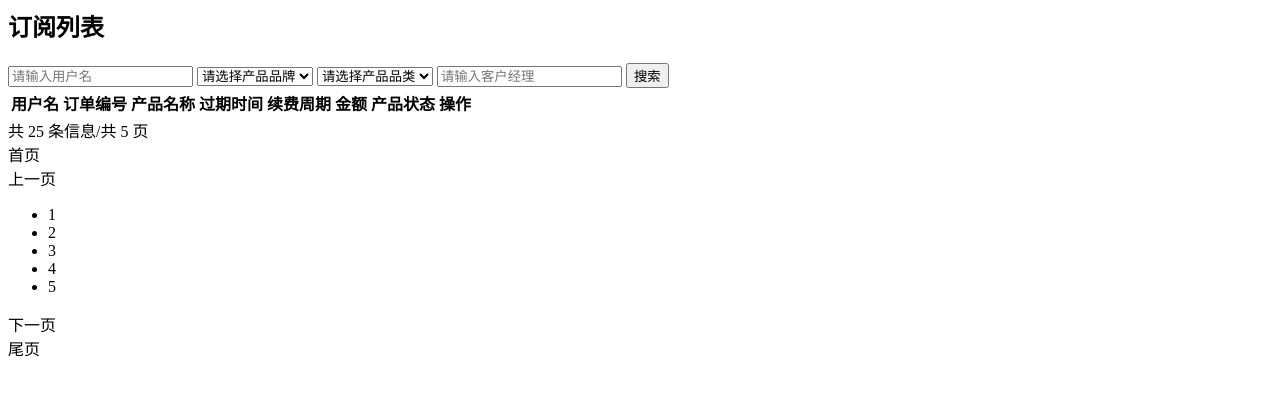
Repository: wangyan466393/racentSystem
Page: subscriptionManagement.html
The author's editor kept a copy of each file at every save. The page is drawn from the files as they stood at one save, then again after the next save.
The browser window is 1280 px wide. The pictures show the whole page.

Above is the page before, as saved 2020-08-13 17:11:33.

### subscriptionManagement.html
<div id="content_box">
    <h2>订阅列表</h2>
<div id="content">
    <div id="order_all"  class="order_content">
        <div class="order_search">
            <span>
                <input type="text" placeholder="请输入用户名">
            </span>
            <span>
                <select name="" id="">
                    <option value="">请选择产品品牌</option>
                </select>
            </span>
            <span>
                <select name="" id="">
                    <option value="">请选择产品品类</option>
                </select>
            </span>
            <span>
                <input type="text" placeholder="请输入客户经理">
            </span>
            <span>
                <button type="button">搜索</button>
            </span>
        </div>
        <div class="table_box">
            <table id="subscription_dataLists" >
                <thead>
                    <tr>
                        <th>用户名</th>
                        <th>订单编号</th>
                        <th>产品名称</th>
                        <th>过期时间</th>
                        <th>续费周期</th>
                        <th>金额</th>
                        <th>产品状态</th>
                        <th>操作</th>
                    </tr>
                </thead>
                <tbody>

                </tbody>
            </table>
        </div>
        <div class="page">

        </div>
    </div>
</div>
</div>
<script src="js/jquery-1.11.3.js"></script>
<script src="js/page.js"></script>
<script>

    // 分页
    $.pageInit({
        container: '.page', //容器：默认page
        countPage: 5, //一共有多少页
        showPageCount: 5, //显示多少个分页按钮
        nowPage: 1, //当前是第几页
        count: 25, //数据总数
        callBack: function (data) {
            //当前的页码
            console.log("当前的页码为：" + data)
        }
    });

    //获取订阅管理-所有订单
    var jsonSub = [
        { "name": "ljp", "order_num": "20200803xcnjj63cm", "product_name": "Sectigo EV代码签名", "past_date": new Date(), "renewal_cycle": "1年", "order_price": "1229.60" ,"product_status":"申请中"},   //json[0]
        { "name": "ljp1", "order_num": "20200803xcnjj63cm", "product_name": "Sectigo EV代码签名", "past_date": new Date(), "renewal_cycle": "1年", "order_price": "1229.60" ,"product_status":"申请中"},
        { "name": "ljp2", "order_num": "20200803xcnjj63cm", "product_name": "Sectigo EV代码签名", "past_date": new Date(), "renewal_cycle": "1年",  "order_price": "1229.60" ,"product_status":"申请中"},
        { "name": "ljp3", "order_num": "20200803xcnjj63cm", "product_name": "Sectigo EV代码签名", "past_date": new Date(), "renewal_cycle": "1年", "order_price": "1229.60","product_status":"申请中" },
        { "name": "ljp4", "order_num": "20200803xcnjj63cm", "product_name": "Sectigo EV代码签名", "past_date": new Date(), "renewal_cycle": "1年", "order_price": "1229.60" ,"product_status":"申请中"},
    ];
    getSubscriptionData()
    function getSubscriptionData() {
        var tableInfo = ""
        for (var i = 0; i < jsonSub.length; i++) {    //遍历Table的所有Row
            tableInfo += "<tr>"
                //遍历Row中的每一列
                //获取Table中单元格的内容
                + " <td>" + jsonSub[i].name + "</td> "
                + "<td>" + jsonSub[i].order_num + "</td>"
                + "<td>" + jsonSub[i].product_name + "</td>"
                + "<td>2020-08-03 18:35:00</td>"
                + "<td>" + jsonSub[i].renewal_cycle + "</td>"
                + "<td>" + jsonSub[i].order_price + "</td>"
                + "<td>" + jsonSub[i].product_status + "</td>"
                + "<td><a href='#'>查看明细</a></td>  ";

            tableInfo += "</tr>";
        }
        $(".right_content #subscription_dataLists tbody").html(tableInfo)
    }
</script>

### js/page.js
function Page(settings) {
   this.settings = settings;
   this.init();
}
//默认配置
Page.prototype = {
    init: function() {
    this.create();
},
create: function() {
   var _template = `<div class="pages">
    <div class="page_left">
        共 <span class="all_data">${this.settings.count}</span> 条信息/共 <span class="all_pages">${this.settings.countPage}</span> 页
        </div>
         <div class="page_cont">
            <div class="hometrailer page_home">首页</div>
            <div class="updown page_up">上一页</div>
            <div class="page_view">
                <ul class="page_view_ul">
                </ul>
            </div>
            <div class="updown page_down">下一页</div>
            <div class=" hometrailer page_trailer">尾页</div>
        </div>

    </div>`;
    /*<div class="page_footer">
            <input type="text" class="page_input" />
            <span>页</span>
            <span class="page_btn">跳转</span>
        </div>*/
    $(this.settings.container).append(_template);
    this.refreshDom(this.settings);
    this.bindEvent();
    },
bindEvent: function() {
    var _this = this;
        //跳转首页
    $(this.settings.container).on("click", ".page_home", function() {
        var newpages = 1;
        _this.settings.nowPage = newpages;
        _this.settings.callBack(_this.settings.nowPage)
        _this.refreshDom(this.settings);
    });
    //跳转上一页
    $(this.settings.container).on("click", ".page_up", function() {
        var newpages = _this.settings.nowPage;
        newpages--;
        if(newpages < 1) {
            newpages = 1
            _this.settings.nowPage = newpages
        } else {
            _this.settings.nowPage = newpages
        }
    _this.settings.callBack(_this.settings.nowPage)
        _this.refreshDom(this.settings);
    });
    //跳转下一页
    $(this.settings.container).on("click", ".page_down", function() {
        var newpages = _this.settings.nowPage;
        newpages++;
        if(newpages > _this.settings.countPage) {
            newpages = _this.settings.countPage
            _this.settings.nowPage = newpages
        } else {
            _this.settings.nowPage = newpages
        }
        _this.settings.callBack(_this.settings.nowPage)
        _this.refreshDom(this.settings);
    });
    //跳转末页
    $(this.settings.container).on("click", ".page_trailer", function() {
        var newpages = _this.settings.countPage;
        _this.settings.nowPage = newpages;
        _this.settings.callBack(_this.settings.nowPage)
        _this.refreshDom(this.settings);
    });
    //Go跳转
    $(this.settings.container).on("click", ".page_btn", function() {
        var inputText = $(".page_input").val() - 0;
        if(inputText < 1 || inputText > _this.settings.countPage) {
            alert("输入的页面不正确，请重新输入")
        } else {
            _this.settings.nowPage = inputText;
            _this.settings.callBack(_this.settings.nowPage)
            _this.refreshDom(this.settings);
            //                establish(objpage);
            //外部的ajax
        }
        });
    },
    refreshDom: function() {
        var _this = this;
        $(".li").remove();
        var countPage = Math.ceil(this.settings.countPage);
        var showPageCount = Math.ceil(this.settings.showPageCount);
        var nowPage = this.settings.nowPage - 0;
        var count = this.settings.count;
        var bian = Math.ceil((showPageCount - 1) / 2) ;
        $(".all_data").html(count);
        $(".all_pages").html(countPage);
        var html = "";
        if(nowPage - bian <= 0) {
            for(var i = 1; i < showPageCount + 1; i++) {
                var index = i;
                if(nowPage == index) {
                pageHtml = `    <li index="${i}" class="li pageActive">${i}</li>`;
                } else {
                pageHtml = `    <li  index="${i}" class="li">${i}</li>`;
                }
            html += pageHtml;
            }
        } else if(nowPage - bian > 0 && nowPage + bian < countPage) {
            var num = nowPage - bian;
            for(var i = num; i < (num + showPageCount); i++) {
                var index = i;
                if(nowPage == index) {
                    pageHtml = `    <li index="${i}" class="li pageActive">${i}</li>`;
                } else {
                    pageHtml = `    <li  index="${i}" class="li">${i}</li>`;
                }
            html += pageHtml;
            }

        } else if(nowPage + bian >= countPage) {
            var numAll = countPage - showPageCount + 1;
            for(var i = numAll; i < (numAll + showPageCount); i++) {
                var index = i;
                if(nowPage == index) {
                    pageHtml = `    <li index="${i}" class="li pageActive">${i}</li>`;
                } else {
                    pageHtml = `    <li  index="${i}" class="li">${i}</li>`;
                }
            html += pageHtml;
        }
    }

    $(".page_view_ul").append(html)

    $(".li").click(function() {
        _this.settings.nowPage = $(this).attr("index")-0;
        console.log(_this.settings.nowPage);
            _this.settings.callBack(_this.settings.nowPage)
        _this.refreshDom(this.settings);
    })
    }
};
    var pageInit = function(opts) {
        return new Page(opts);
    };

    window.pageInit = $.pageInit = pageInit;

Loaded but not shown: js/jquery-1.11.3.js (library)

After the next save:
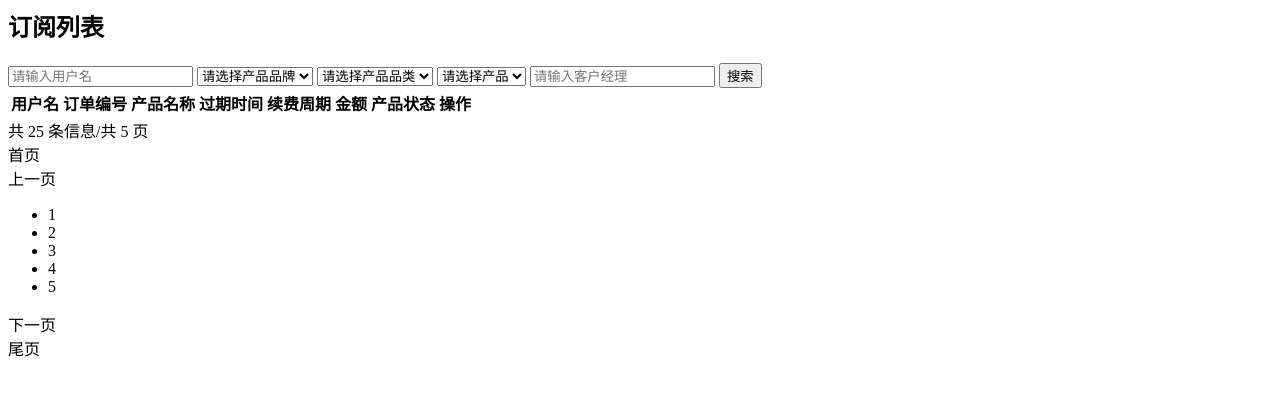
Saved 12 s later.
--- a/subscriptionManagement.html
+++ b/subscriptionManagement.html
@@ -14,6 +14,11 @@
             <span>
                 <select name="" id="">
                     <option value="">请选择产品品类</option>
+                </select>
+            </span>
+            <span>
+                <select name="" id="">
+                    <option value="">请选择产品</option>
                 </select>
             </span>
             <span>
